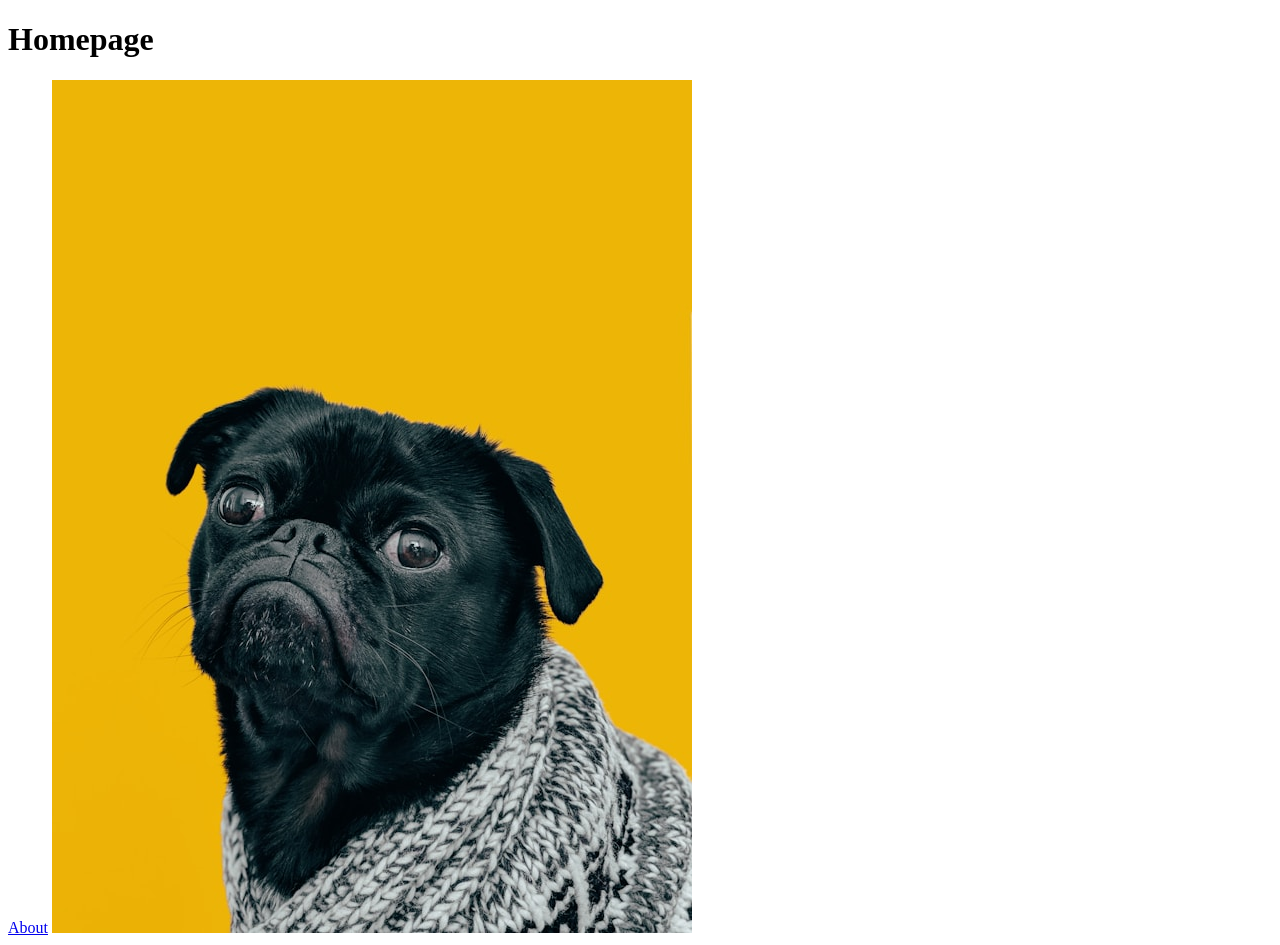
Repository: PamelaUzodimma/first-contributions
Page: odin-links-and-images/index.html
The author's editor kept a copy of each file at every save. The page is drawn from the files as they stood at one save, then again after the next save.
The browser window is 1280 px wide. The pictures show the whole page.

Above is the page before, as saved 2025-05-26 09:53:59.

After the next save:
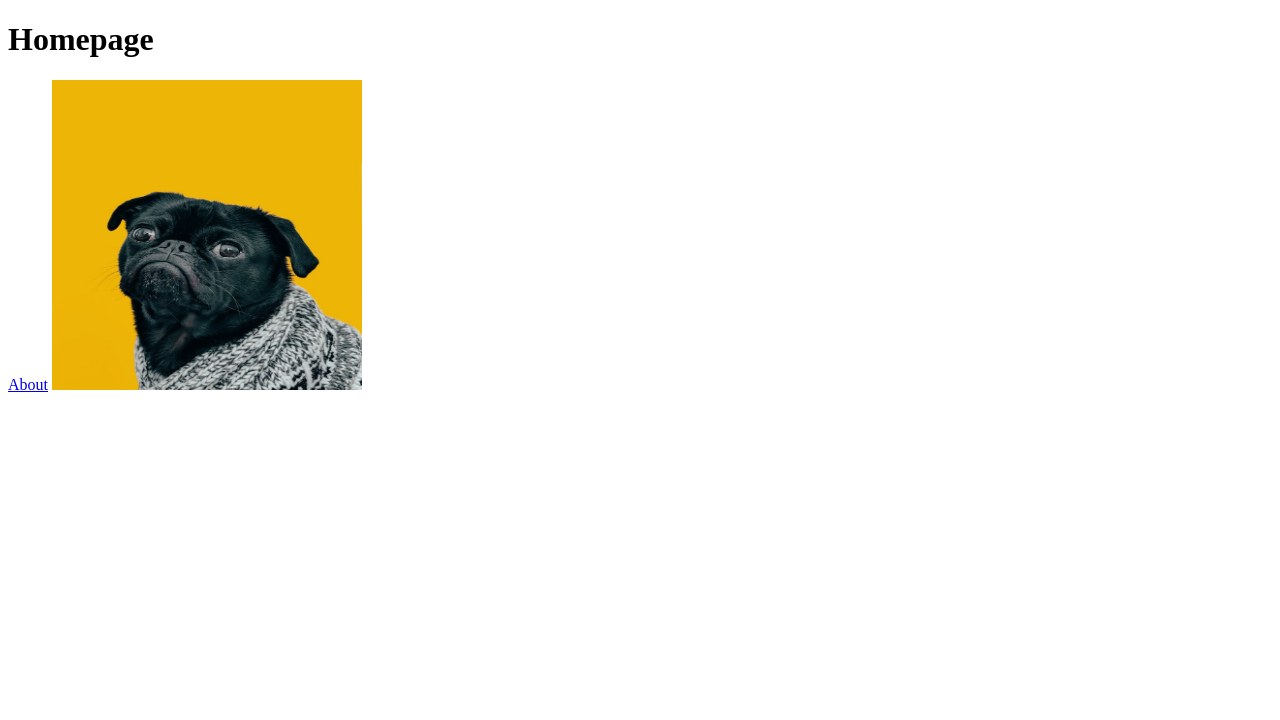
Saved 47 s later.
--- a/odin-links-and-images/index.html
+++ b/odin-links-and-images/index.html
@@ -11,6 +11,6 @@
 
     <a href="./pages/about.html">About</a>
 
-    <img src="images/dog.jpg.jpg" alt="Charles the dog">
+    <img src="images/dog.jpg.jpg" alt="Charles the dog" height="310" width="310">
 </body>
 </html>
